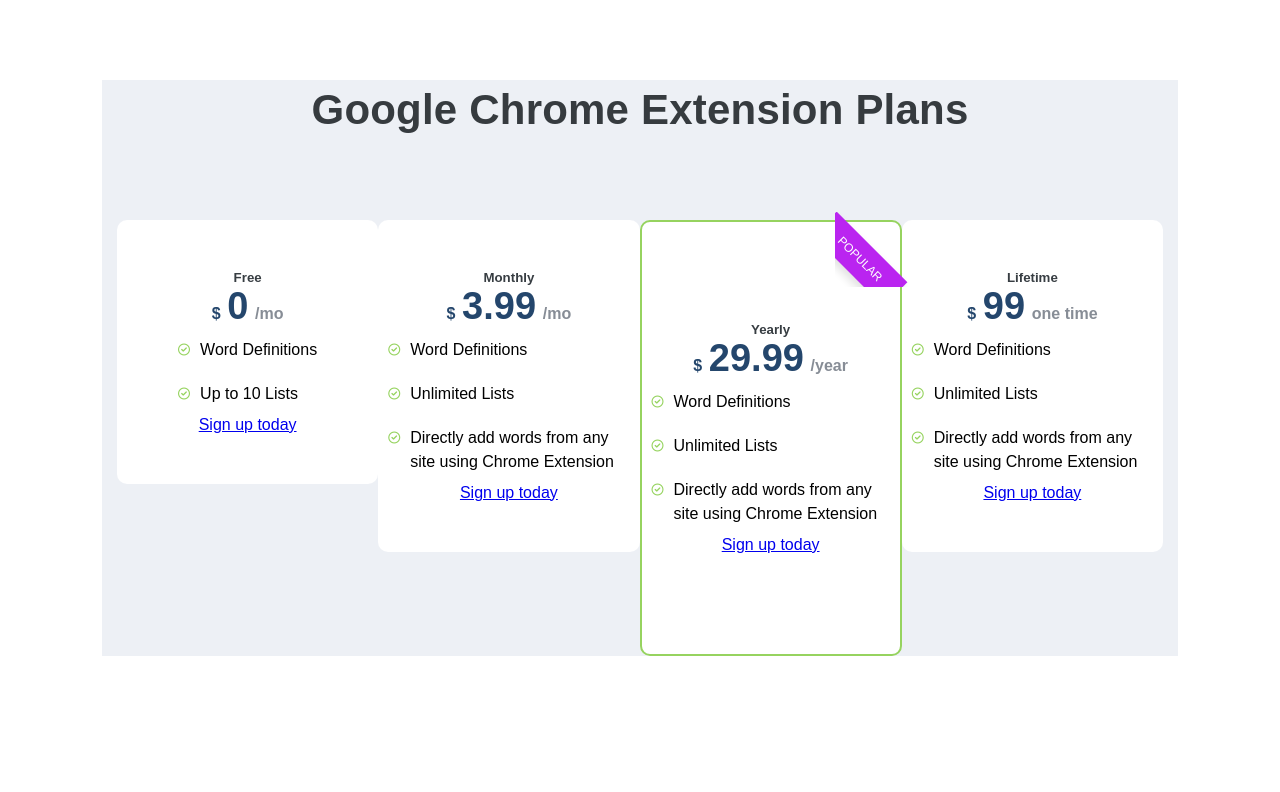
Repository: Novoselets28/chatos-test-task
Page: index.html
The author's editor kept a copy of each file at every save. The page is drawn from the files as they stood at one save, then again after the next save.
The browser window is 1280 px wide. The pictures show the whole page.

Above is the page before, as saved 2023-04-19 20:13:52.

### index.html
<!DOCTYPE html>
<html lang="en">
<head>
    <meta charset="UTF-8">
    <meta http-equiv="X-UA-Compatible" content="IE=edge">
    <meta name="viewport" content="width=device-width, initial-scale=1.0">
    <link rel="stylesheet" type="text/css" href="index.css" />
    <link rel="stylesheet" href="https://cdnjs.cloudflare.com/ajax/libs/font-awesome/6.0.0/css/all.min.css">
    <link rel="preconnect" href="https://fonts.googleapis.com">
    <link rel="preconnect" href="https://fonts.gstatic.com" crossorigin>
    <link href="https://fonts.googleapis.com/css2?family=Arimo:wght@400;700&family=Rubik&display=swap" rel="stylesheet">
    <title>Document</title>
</head>
<body>
    <div class="page__extension extension">
        <div class="extension__container _container">
            <div class="extension__header header-block">
                <h2 class="header-block__title">Google Chrome Extension Plans</h2>
            </div>
            <div class="extension__items">
                <!-- Modern pricing table - Free -->
                <div class="extension__item item-extension">
                        <h5 class="item-extension__title">Free</h5>
                        <div class="item-extension__price price-item">
                            <span class="price-item__dollar">$</span>
                            <span class="price-item__number">0</span>
                            <span class="price-item__label">/mo</span>
                        </div>
                        <div class="item-extension__points">
                            <ul class="item-extension__point point-list">
                                <li class="point-list__item">
                                    <i class="icon fa-regular fa-circle-check" style="color: #96d35f;"></i>
                                        Word Definitions
                                </li>
                                <li class="point-list__item">
                                    <i class="icon fa-regular fa-circle-check" style="color: #96d35f;"></i>
                                        Up to 10 Lists
                                </li>
                            </ul>
                        </div>
                        <a href="https://boostvocab.com/register" class="item-extension__button">Sign up today</a>
                </div>
                <!-- END : Modern pricing table - Free -->
                <!-- Modern pricing table - MOnthly -->
                <div class="extension__item item-extension">
                        <h5 class="item-extension__title">Monthly</h5>
                        <div class="item-extension__price price-item">
                            <span class="price-item__dollar">$</span>
                            <span class="price-item__number">3.99</span>
                            <span class="price-item__label">/mo</span>
                        </div>
                        <div class="item-extension__points">
                            <ul class="item-extension__point point-list">
                                <li class="point-list__item">
                                    <i class="icon fa-regular fa-circle-check" style="color: #96d35f;"></i>
                                        Word Definitions
                                </li>
                                <li class="point-list__item">
                                    <i class="icon fa-regular fa-circle-check" style="color: #96d35f;"></i>
                                        Unlimited Lists
                                </li>
                                <li class="point-list__item">
                                    <i class="icon fa-regular fa-circle-check" style="color: #96d35f;"></i>
                                        Directly add words from any site using Chrome Extension
                                </li>
                            </ul>
                        </div>
                        <a target="new" href="https://buy.stripe.com/5kAdRpbLh3k71RS6oo" class="item-extension__button">Sign up today</a>
                </div>
                <!-- END : Modern pricing table - Monthly -->
                <!-- Modern pricing table - Yearly -->
                <div class="extension__item item-extension item-extension_active" style="z-index: 2;">
                        <div class="ribbon"><span>POPULAR</span></div>
                        <div class="extension__item item-extension">
                            <h5 class="item-extension__title">Yearly</h5>
                            <div class="item-extension__price price-item">
                                <span class="price-item__dollar">$</span>
                                <span class="price-item__number">29.99</span>
                                <span class="price-item__label">/year</span>
                            </div>
                            <div class="item-extension__points">
                               <ul class="item-extension__point point-list">
                                    <li class="point-list__item">
                                        <i class="icon fa-regular fa-circle-check" style="color: #96d35f;"></i>
                                            Word Definitions
                                    </li>
                                    <li class="point-list__item">
                                        <i class="icon fa-regular fa-circle-check" style="color: #96d35f;"></i>
                                            Unlimited Lists
                                    </li>
                                    <li class="point-list__item">
                                        <i class="icon fa-regular fa-circle-check" style="color: #96d35f;"></i>
                                            Directly add words from any site using Chrome Extension
                                    </li>
                                </ul>
                            </div>
                            <a target="new" href="https://buy.stripe.com/aEU6oX3eL6wjdAA7st" class="item-extension__button">Sign up today</a>
                        </div>
                </div>
                <!-- END : Modern pricing table - Yearly -->
                <!-- Modern pricing table - Lifetime -->
                <div class="extension__item item-extension">
                        <h5 class="item-extension__title">Lifetime</h5>
                        <div class="item-extension__price price-item">
                            <span class="price-item__dollar">$</span>
                            <span class="price-item__number">99</span>
                            <span class="price-item__label">one time</span>
                        </div>
                        <div class="item-extension__points">
                            <ul class="item-extension__point point-list">
                                <li class="point-list__item">
                                    <i class="icon fa-regular fa-circle-check" style="color: #96d35f;"></i>
                                        Word Definitions
                                </li>
                                <li class="point-list__item">
                                    <i class="icon fa-regular fa-circle-check" style="color: #96d35f;"></i>
                                        Unlimited Lists
                                </li>
                                <li class="point-list__item">
                                    <i class="icon fa-regular fa-circle-check" style="color: #96d35f;"></i>
                                        Directly add words from any site using Chrome Extension
                                </li>
                            </ul>
                        </div>
                        <a target="new" href="https://buy.stripe.com/4gwfZxbLh8Er54428a" class="item-extension__button">Sign up today</a>
                    <!-- END : Modern pricing table - Lifetime -->

                </div>
            </div>
        </div>
    </div>
</body>
</html>

### index.css
*{
    margin: 0;
    padding: 0;
    box-sizing: border-box;
}

.page__extension {

}

.extension{
    padding: 80px 0px 136px 0px;
}

.extension__container{
    background-color: #edf0f5;
}

._container{
    max-width: 1046px;
    padding: 0 15px;
    margin: 0 auto;
    box-sizing: content-box;
    font-family: 'Arimo', sans-serif;
}

.extension__header{
    margin: 0 0 80px 0;
}

.header-block{
    text-align: center;
}

.header-block__title{
    font-size: 42px;
    letter-spacing: 0.2px;
    font-weight: 700;
    line-height: 142%;
    color: #363b3f;
}

.extension__items{
    display: flex;
    align-items: flex-start;
    font-family: inherit;
}

.extension__item{
    flex: 0 1 33.333%;
}

.item-extension{
    display: flex;
    flex-direction: column;
    justify-content: center;
    align-items: center;
    background-color: #fff;
    padding: 50px 0;
    border-radius: 10px;
}

.item-extension_active{
    border: 2px solid #96d35f;
    left: 0px;
    position: relative;
    top: 0px;
}

.ribbon {
    width: 75px;
    height: 75px;
    position: absolute;
    top: -10px;
    right: -10px;
    overflow: hidden;
}

.ribbon span {
    position: absolute;
  top:30px;
  right: 0;
  transform: rotate(45deg);
  width: 100px;
  background: #ba24f0;
  padding: 10px 0;
  color: #fff;
  text-align: center;
  font-size: 12px;
  box-shadow: 0 5px 10px rgba(0,0,0,0.12);
}

.item-extension__title{
    color: #373d42;
}

.item-extension__price{
    color: #24466c;
}

.price-item{
    margin: 0;
    font-size: 24px;
    font-family: 'Poppins', sans-serif;
    font-weight: bold;
}

.price-item__dollar{
    font-size: 16px;
}

.price-item__number{
    text-transform: uppercase;
    font-size: 38px;
}

.price-item__label{
    color: #878d96;
    font-size: 16px;
}

.item-extension__points{
    display: flex;
    flex-direction: column;
    justify-content: center;
    align-items: center;
    margin: 0 10px;
}

.item-extension__point{
    color: inherit;
    font-weight: 400;
    line-height: 150%;
    font-size: 16px;
    display: flex;
    flex-direction: column;
    justify-content: space-around;
    align-items: center;
}

.point-list{

}

.point-list__item .icon{
    content: "f058";
    font-family: "Font Awesome 6 Free";
    font-size: 12px;
    line-height: 2;
    padding: 0 10px 0 0;
}

.point-list__item{
    list-style-type: none;
    display: flex;
    justify-content: flex-start;
    width: 100%;
    padding: 10px 0;
}

.point-list__icon{

}

.item-extension__button{

}

After the next save:
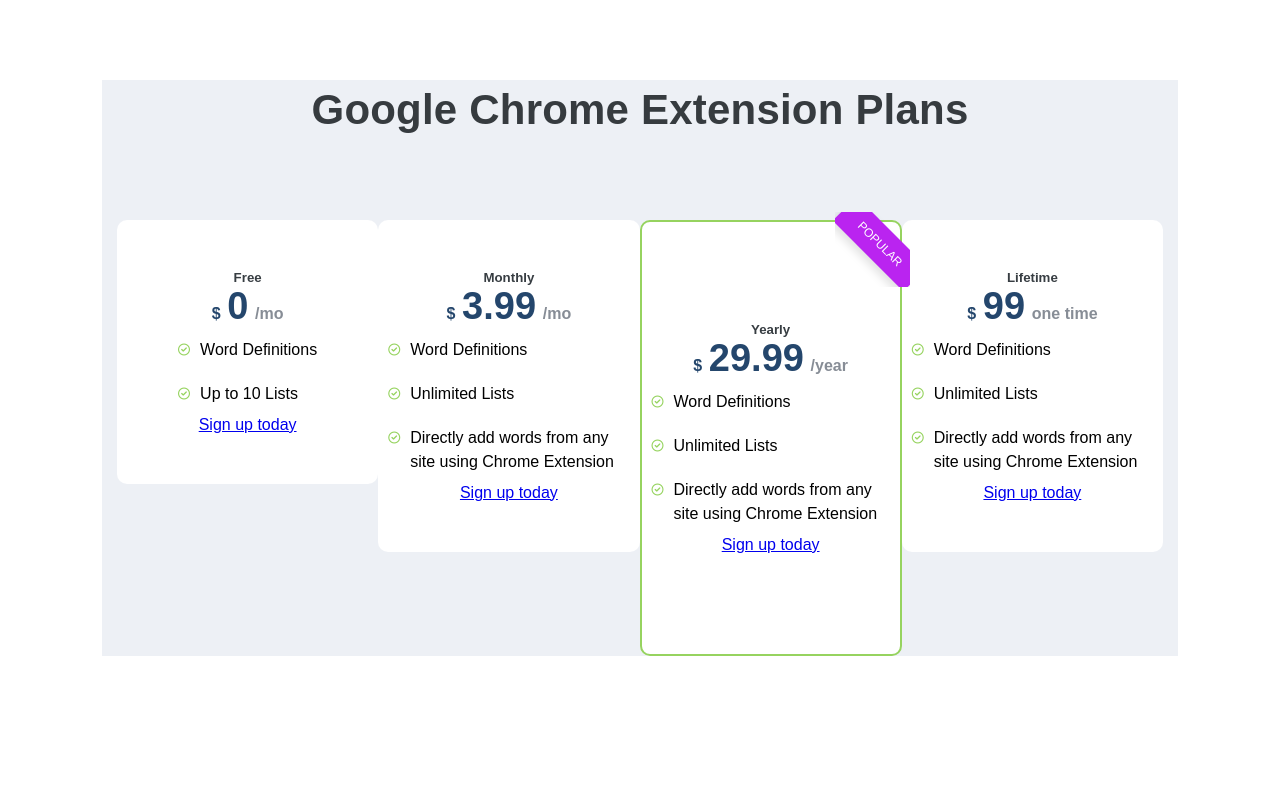
Saved 4 min 17 s later.
--- a/index.css
+++ b/index.css
@@ -78,8 +78,8 @@
 
 .ribbon span {
     position: absolute;
-  top:30px;
-  right: 0;
+  top: 15px;
+  right: -20px;
   transform: rotate(45deg);
   width: 100px;
   background: #ba24f0;
